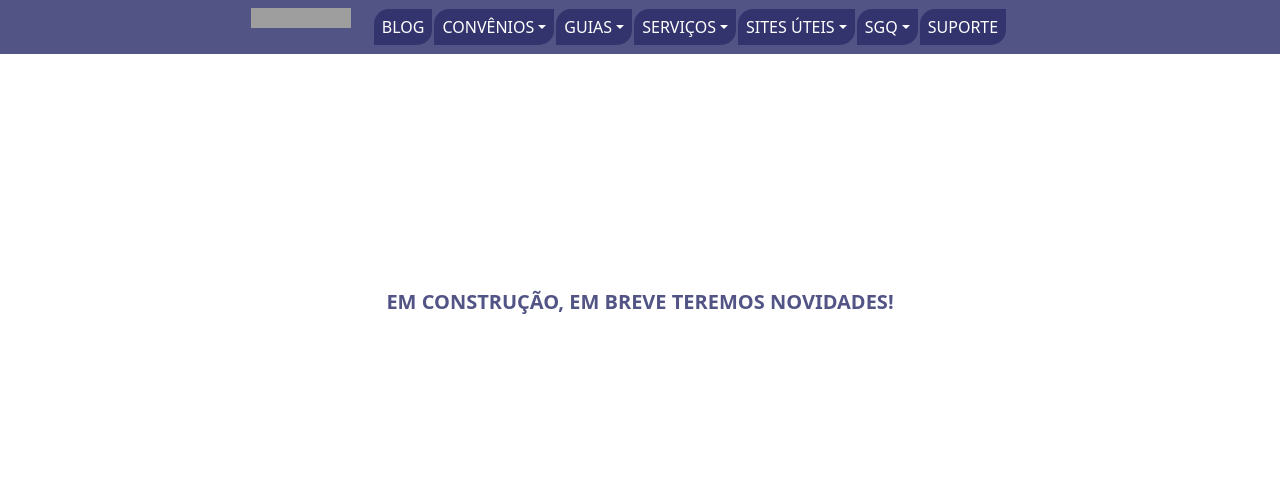
Repository: Leandromarim/INTRANET_PARTICULAR
Page: gestao_por_resultados.html
An editor plug-in stored every save of this project. The page is shown before and after the next save, followed by the edit.
The browser window is 1280 px wide. The pictures show the part of the page from y = 0 to 490 px (the page is 960 px tall before and 1249 px after).
Pictures or frames that could not be fetched are drawn as grey boxes. A picture or video elsewhere on the page could not be fetched, so the positions and the page height are approximate.

Above is the page before, as saved 2022-02-04 13:43:40.
Not found: assets/css/stylesheet.css

After the next save:
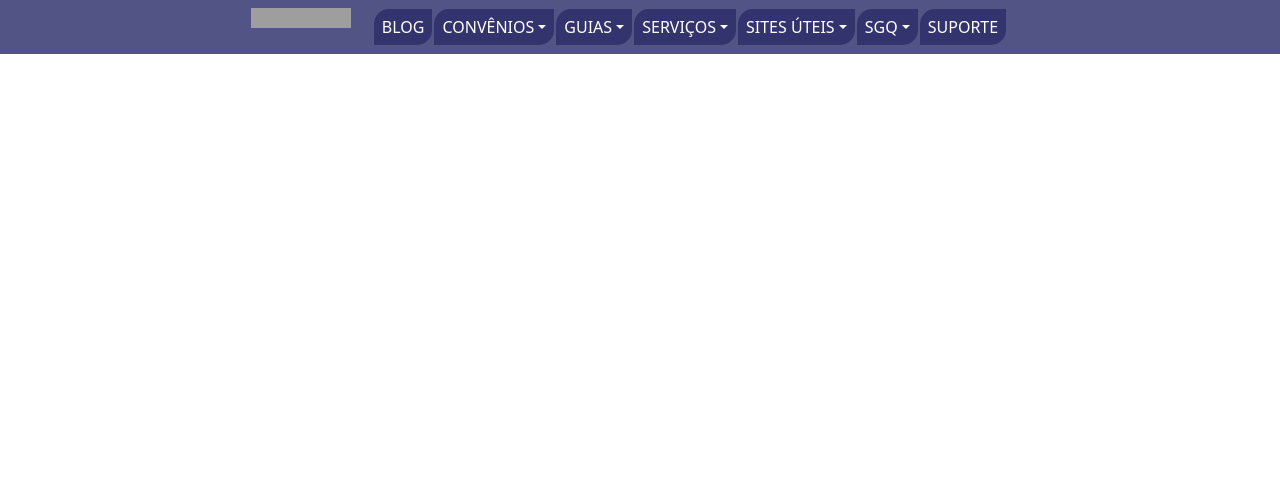
Saved 3 days later.
--- a/gestao_por_resultados.html
+++ b/gestao_por_resultados.html
@@ -21,9 +21,12 @@
     <div id="contaner"></div>
 
     <br><br><br><br><br><br><br><br><br><br><br><br><br><br><br><br><br><br><br>
-    <div class="construcao-educacao-continuada">
-        <h1 class="construcao">EM CONSTRUÇÃO, EM BREVE TEREMOS NOVIDADES!</h1>
-    </div>
+    <div class="card" style="width: 18rem;">
+        <img src="..." class="card-img-top" alt="...">
+        <div class="card-body">
+          <p class="card-text">Some quick example text to build on the card title and make up the bulk of the card's content.</p>
+        </div>
+      </div>
     <br><br><br><br><br><br><br><br><br>
     <footer id="mainfooter"></footer>
 </body>
